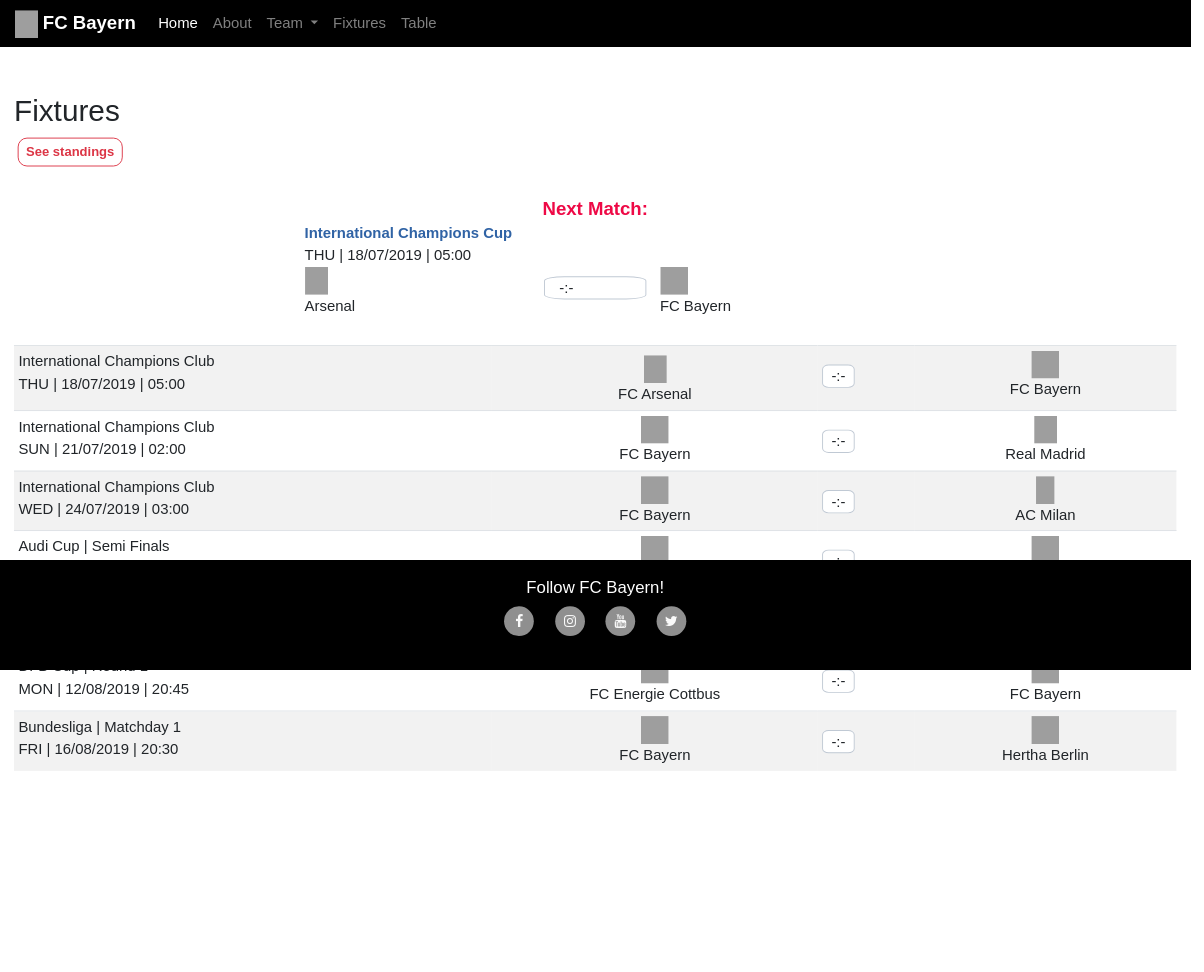
Repository: Code-Institute-Submissions/alnibo-milestone-project-1
Page: fixtures.html
The author's editor kept a record of every edit. The page is drawn from the files as they stood at one moment, then again after the next edit.
The browser window is 1280 px wide. The page is 1295 px wide, so the pictures cover 1295 px, including what lies to the right of the window. The pictures show the whole page, at 93% of full size.
Pictures or frames that could not be fetched are drawn as grey boxes. Some web fonts or font styles are not loaded; a fallback is used.

Above is the page before.

### fixtures.html
<!DOCTYPE html>
<html lang="en">

<head>
    <meta charset="UTF-8">
    <meta name="viewport" content="width=device-width, initial-scale=1.0">
    <link rel="stylesheet" href="https://stackpath.bootstrapcdn.com/bootstrap/4.3.1/css/bootstrap.min.css" type="text/css" />
    <link rel="stylesheet" href="https://stackpath.bootstrapcdn.com/font-awesome/4.7.0/css/font-awesome.min.css" type="text/css" />
    <link rel="stylesheet" href="assets/css/style.css">
    <title>FC Bayern</title>
</head>

<body>

    <!---------------------------------------------------- Navbar -->
    <nav class="navbar navbar-expand-sm navbar-dark fixed-top">
        <a class="navbar-brand" href="index.html">
            <img src="https://upload.wikimedia.org/wikipedia/commons/thumb/1/1f/Logo_FC_Bayern_München_%282002–2017%29.svg/1024px-Logo_FC_Bayern_München_%282002–2017%29.svg.png" width="30" height="30" class="d-inline-block" class="d-inline-block align-center">FC Bayern
        </a>
        <button class="navbar-toggler" type="button" data-toggle="collapse" data-target="#navbarNavDropdown" aria-controls="navbarNavDropdown" aria-expanded="false" aria-label="Toggle navigation">
            <span class="navbar-toggler-icon"></span>
        </button>

        <div class="collapse navbar-collapse" id="navbarNavDropdown">
            <ul class="navbar-nav">
                <li class="nav-item active">
                    <a class="nav-link" href="index.html">Home <span class="sr-only">(current)</span></a>
                </li>
                <li class="nav-item">
                    <a class="nav-link" href="about.html">About</a>
                </li>
                <li class="nav-item dropdown">
                    <a class="nav-link dropdown-toggle" href=#" id="navbarDropdownMenuLink" data-toggle="dropdown" aria-haspopup="true" aria-expanded="false">Team
                    </a>
                    <div class="dropdown-menu" aria-labelledby="navbarDropdownMenuLink">
                        <a class="dropdown-item" href="team.html">All</a>
                        <a class="dropdown-item" href="#goalkeepers">Goalkeepers</a>
                        <a class="dropdown-item" href="#defenders">Defenders</a>
                        <a class="dropdown-item" href="#midfielders">Midfielders</a>
                        <a class="dropdown-item" href="#forwards">Forwards</a>
                        <a class="dropdown-item" href="#coaches">Coaches</a>
                    </div>
                </li>
                <li class="nav-item">
                    <a class="nav-link" href="fixtures.html">Fixtures</a>
                </li>
                <li class="nav-item">
                    <a class="nav-link" href="table.html">Table</a>
                </li>
            </ul>
        </div>
    </nav>


    <!---------------------------------------------------- Content -->

    <div class="container-fluid fixtures">
        <div class="row">
            <h2>Fixtures</h2>
        </div>
        <div class="row">
            <a class="btn btn-sm btn-outline-danger btn--team" href="table.html">See standings</a>
        </div>
    </div>

    <div class="row">
        <div class="container col-6 next-match-container">

            <div class="row next-match-head">
                <div class="col-12">Next Match:</div>
            </div>
            <div class="row tournament">
                <div class="col-12">International Champions Cup</div>
            </div>
            <div class="row">
                <div class="col-12">THU | 18/07/2019 | 05:00</div>
            </div>

            <div class="row">
                    <div class="home-team team-container col-5">
                        <img src="https://upload.wikimedia.org/wikipedia/de/thumb/3/32/FC_Arsenal_%28seit_2002%29.svg/1200px-FC_Arsenal_%28seit_2002%29.svg.png" width="25" height="30" class="d-inline-block" class="d-inline-block align-center"></br>
                        <span>Arsenal</span>
                    </div>
                    <div class="next-match-score col-2"><span>-:-</span></div>
                    <div class="away-team team-container col-5">
                        <img src="https://upload.wikimedia.org/wikipedia/commons/thumb/1/1f/Logo_FC_Bayern_München_%282002–2017%29.svg/1024px-Logo_FC_Bayern_München_%282002–2017%29.svg.png" width="30" height="30" class="d-inline-block" class="d-inline-block align-center"></br>
                        <span>FC Bayern</span>
                    </div>
            </div>
        </div>
    </div>

    <div class="container-fluid upcoming-fixtures">
        <div class="row bundesliga-table">

            <table class="table table-sm table-striped table-hover col-12 table-mobile">
                <tbody>
                    <tr>
                        <td>IC Club</br>18/07/2019 | 05:00</td>
                        <td class="table-entry-mobile home-column"><img src="https://upload.wikimedia.org/wikipedia/de/thumb/3/32/FC_Arsenal_%28seit_2002%29.svg/1200px-FC_Arsenal_%28seit_2002%29.svg.png" width="25" height="30" class="d-inline-block" class="d-inline-block align-center"></br>Arsenal</td>
                        <td><div class="match-score-odd"><span>-:-</span></div></td>
                        <td class="table-entry-mobile away-column"><img src="https://upload.wikimedia.org/wikipedia/commons/thumb/1/1f/Logo_FC_Bayern_München_%282002–2017%29.svg/1024px-Logo_FC_Bayern_München_%282002–2017%29.svg.png" width="30" height="30" class="d-inline-block" class="d-inline-block align-center"></br>Bayern</td>
                    </tr>
                    <tr>
                        <td>IC Club</br>21/07/2019 | 02:00</td>
                        <td class="table-entry-mobile home-column"><img src="https://upload.wikimedia.org/wikipedia/commons/thumb/1/1f/Logo_FC_Bayern_München_%282002–2017%29.svg/1024px-Logo_FC_Bayern_München_%282002–2017%29.svg.png" width="30" height="30" class="d-inline-block" class="d-inline-block align-center"></br>Bayern</td>
                        <td><div class="match-score-even"><span>-:-</span></div></td>
                        <td class="table-entry-mobile away-column"><img src="https://upload.wikimedia.org/wikipedia/de/thumb/3/3f/Real_Madrid_Logo.svg/2000px-Real_Madrid_Logo.svg.png" width="25" height="30" class="d-inline-block" class="d-inline-block align-center"></br>Madrid</td>
                    </tr>
                    <tr>
                        <td>IC Club</br>24/07/2019 | 03:00</td>
                        <td class="table-entry-mobile home-column"><img src="https://upload.wikimedia.org/wikipedia/commons/thumb/1/1f/Logo_FC_Bayern_München_%282002–2017%29.svg/1024px-Logo_FC_Bayern_München_%282002–2017%29.svg.png" width="30" height="30" class="d-inline-block" class="d-inline-block align-center"></br>Bayern</td>
                        <td><div class="match-score-odd"><span>-:-</span></div></td>
                        <td class="table-entry-mobile away-column"><img src="https://upload.wikimedia.org/wikipedia/de/thumb/9/9e/AC_Mailand_Logo.svg/1200px-AC_Mailand_Logo.svg.png" width="20" height="30" class="d-inline-block" class="d-inline-block align-center"></br>Milan</td>
                    </tr>
                    <tr>
                        <td>Audi Cup</br>24/07/2019 | 03:00</td>
                        <td class="table-entry-mobile home-column"><img src="https://upload.wikimedia.org/wikipedia/commons/thumb/1/1f/Logo_FC_Bayern_München_%282002–2017%29.svg/1024px-Logo_FC_Bayern_München_%282002–2017%29.svg.png" width="30" height="30" class="d-inline-block" class="d-inline-block align-center"></br>Bayern</td>
                        <td><div class="match-score-even"><span>-:-</span></div></td>
                        <td class="table-entry-mobile away-column"><img src="https://upload.wikimedia.org/wikipedia/de/thumb/e/e6/Fenerbahce_Spor_Kulubu.svg/1054px-Fenerbahce_Spor_Kulubu.svg.png" width="30" height="30" class="d-inline-block" class="d-inline-block align-center"></br>Fenerbahçe</td>
                    </tr>
                    <tr>
                        <td>SC Final</br>03/08/2019 | 20:30</td>
                        <td class="table-entry-mobile home-column"><img src="https://upload.wikimedia.org/wikipedia/commons/thumb/6/67/Borussia_Dortmund_logo.svg/2000px-Borussia_Dortmund_logo.svg.png" width="30" height="30" class="d-inline-block" class="d-inline-block align-center"></br>Dortmund</td>
                        <td><div class="match-score-odd"><span>-:-</span></div></td>
                        <td class="table-entry-mobile away-column"><img src="https://upload.wikimedia.org/wikipedia/commons/thumb/1/1f/Logo_FC_Bayern_München_%282002–2017%29.svg/1024px-Logo_FC_Bayern_München_%282002–2017%29.svg.png" width="30" height="30" class="d-inline-block" class="d-inline-block align-center"></br>Bayern</td>
                    </tr>
                    <tr>
                        <td>DFB Cup</br>12/08/2019 | 20:45</td>
                        <td class="table-entry-mobile home-column"><img src="https://upload.wikimedia.org/wikipedia/commons/thumb/5/55/Logo_Energie_Cottbus.svg/1200px-Logo_Energie_Cottbus.svg.png" width="30" height="30" class="d-inline-block" class="d-inline-block align-center"></br>Cottbus</td>
                        <td><div class="match-score-even"><span>-:-</span></div></td>
                        <td class="table-entry-mobile away-column"><img src="https://upload.wikimedia.org/wikipedia/commons/thumb/1/1f/Logo_FC_Bayern_München_%282002–2017%29.svg/1024px-Logo_FC_Bayern_München_%282002–2017%29.svg.png" width="30" height="30" class="d-inline-block" class="d-inline-block align-center"></br>Bayern</td>
                    </tr>
                    <tr>
                        <td>BL</br>16/08/2019 | 20:30</td>
                        <td class="table-entry-mobile home-column"><img src="https://upload.wikimedia.org/wikipedia/commons/thumb/1/1f/Logo_FC_Bayern_München_%282002–2017%29.svg/1024px-Logo_FC_Bayern_München_%282002–2017%29.svg.png" width="30" height="30" class="d-inline-block" class="d-inline-block align-center"></br>Bayern</td>
                        <td><div class="match-score-odd"><span>-:-</span></div></td>
                        <td class="table-entry-mobile away-column"><img src="https://upload.wikimedia.org/wikipedia/de/thumb/3/38/Hertha_BSC_Logo.svg/2000px-Hertha_BSC_Logo.svg.png" width="30" height="30" class="d-inline-block" class="d-inline-block align-center"></br>Berlin</td>
                    </tr>
                </tbody>
            </table>

<!---------------- table for desktop --------------------------------------------------------------------------------------------------------------------------------------->

            <table class="table table-sm table-striped table-hover col-12 table-desktop">
                <tbody>
                    <tr>
                        <td>International Champions Club</br>THU | 18/07/2019 | 05:00</td>
                        <td class="table-entry home-column"><img src="https://upload.wikimedia.org/wikipedia/de/thumb/3/32/FC_Arsenal_%28seit_2002%29.svg/1200px-FC_Arsenal_%28seit_2002%29.svg.png" width="25" height="30" class="d-inline-block" class="d-inline-block align-center"></br>FC Arsenal</td>
                        <td><div class="match-score-odd"><span>-:-</span></div></td>
                        <td class="table-entry-desktop away-column"><img src="https://upload.wikimedia.org/wikipedia/commons/thumb/1/1f/Logo_FC_Bayern_München_%282002–2017%29.svg/1024px-Logo_FC_Bayern_München_%282002–2017%29.svg.png" width="30" height="30" class="d-inline-block" class="d-inline-block align-center"></br>FC Bayern</td>
                    </tr>
                    <tr>
                        <td>International Champions Club</br>SUN | 21/07/2019 | 02:00</td>
                        <td class="table-entry-desktop home-column"><img src="https://upload.wikimedia.org/wikipedia/commons/thumb/1/1f/Logo_FC_Bayern_München_%282002–2017%29.svg/1024px-Logo_FC_Bayern_München_%282002–2017%29.svg.png" width="30" height="30" class="d-inline-block" class="d-inline-block align-center"></br>FC Bayern</td>
                        <td><div class="match-score-even"><span>-:-</span></div></td>
                        <td class="table-entry-desktop away-column"><img src="https://upload.wikimedia.org/wikipedia/de/thumb/3/3f/Real_Madrid_Logo.svg/2000px-Real_Madrid_Logo.svg.png" width="25" height="30" class="d-inline-block" class="d-inline-block align-center"></br>Real Madrid</td>
                    </tr>
                    <tr>
                        <td>International Champions Club</br>WED | 24/07/2019 | 03:00</td>
                        <td class="table-entry-desktop home-column"><img src="https://upload.wikimedia.org/wikipedia/commons/thumb/1/1f/Logo_FC_Bayern_München_%282002–2017%29.svg/1024px-Logo_FC_Bayern_München_%282002–2017%29.svg.png" width="30" height="30" class="d-inline-block" class="d-inline-block align-center"></br>FC Bayern</td>
                        <td><div class="match-score-odd"><span>-:-</span></div></td>
                        <td class="table-entry-desktop away-column"><img src="https://upload.wikimedia.org/wikipedia/de/thumb/9/9e/AC_Mailand_Logo.svg/1200px-AC_Mailand_Logo.svg.png" width="20" height="30" class="d-inline-block" class="d-inline-block align-center"></br>AC Milan</td>
                    </tr>
                    <tr>
                        <td>Audi Cup | Semi Finals</br>TUE | 24/07/2019 | 03:00</td>
                        <td class="table-entry-desktop home-column"><img src="https://upload.wikimedia.org/wikipedia/commons/thumb/1/1f/Logo_FC_Bayern_München_%282002–2017%29.svg/1024px-Logo_FC_Bayern_München_%282002–2017%29.svg.png" width="30" height="30" class="d-inline-block" class="d-inline-block align-center"></br>FC Bayern</td>
                        <td><div class="match-score-even"><span>-:-</span></div></td>
                        <td class="table-entry-desktop away-column"><img src="https://upload.wikimedia.org/wikipedia/de/thumb/e/e6/Fenerbahce_Spor_Kulubu.svg/1054px-Fenerbahce_Spor_Kulubu.svg.png" width="30" height="30" class="d-inline-block" class="d-inline-block align-center"></br>Fenerbahçe SK</td>
                    </tr>
                    <tr>
                        <td>Supercup Final</br>SAT | 03/08/2019 | 20:30</td>
                        <td class="table-entry-desktop home-column"><img src="https://upload.wikimedia.org/wikipedia/commons/thumb/6/67/Borussia_Dortmund_logo.svg/2000px-Borussia_Dortmund_logo.svg.png" width="30" height="30" class="d-inline-block" class="d-inline-block align-center"></br>Borussia Dortmund</td>
                        <td><div class="match-score-odd"><span>-:-</span></div></td>
                        <td class="table-entry-desktop away-column"><img src="https://upload.wikimedia.org/wikipedia/commons/thumb/1/1f/Logo_FC_Bayern_München_%282002–2017%29.svg/1024px-Logo_FC_Bayern_München_%282002–2017%29.svg.png" width="30" height="30" class="d-inline-block" class="d-inline-block align-center"></br>FC Bayern</td>
                    </tr>
                    <tr>
                        <td>DFB Cup | Round 1</br>MON | 12/08/2019 | 20:45</td>
                        <td class="table-entry-desktop home-column"><img src="https://upload.wikimedia.org/wikipedia/commons/thumb/5/55/Logo_Energie_Cottbus.svg/1200px-Logo_Energie_Cottbus.svg.png" width="30" height="30" class="d-inline-block" class="d-inline-block align-center"></br>FC Energie Cottbus</td>
                        <td><div class="match-score-even"><span>-:-</span></div></td>
                        <td class="table-entry-desktop away-column"><img src="https://upload.wikimedia.org/wikipedia/commons/thumb/1/1f/Logo_FC_Bayern_München_%282002–2017%29.svg/1024px-Logo_FC_Bayern_München_%282002–2017%29.svg.png" width="30" height="30" class="d-inline-block" class="d-inline-block align-center"></br>FC Bayern</td>
                    </tr>
                    <tr>
                        <td>Bundesliga | Matchday 1</br>FRI | 16/08/2019 | 20:30</td>
                        <td class="table-entry-desktop home-column"><img src="https://upload.wikimedia.org/wikipedia/commons/thumb/1/1f/Logo_FC_Bayern_München_%282002–2017%29.svg/1024px-Logo_FC_Bayern_München_%282002–2017%29.svg.png" width="30" height="30" class="d-inline-block" class="d-inline-block align-center"></br>FC Bayern</td>
                        <td><div class="match-score-odd"><span>-:-</span></div></td>
                        <td class="table-entry-desktop away-column"><img src="https://upload.wikimedia.org/wikipedia/de/thumb/3/38/Hertha_BSC_Logo.svg/2000px-Hertha_BSC_Logo.svg.png" width="30" height="30" class="d-inline-block" class="d-inline-block align-center"></br>Hertha Berlin</td>
                    </tr>
                </tbody>
            </table>


        </div>
    </div>




    <div class="container-fluid spaceholder">

    </div>



    <!---------------------------------------------------- Footer -->

    <footer class="container-fluid fixed-bottom">
        <div class="footer-details row">
            <div class="col-sm-12">
                <h5 class="social">Follow FC Bayern!</h5>
                <ul class="list-inline social-links">
                    <li class="list-inline-item">
                        <a target="_blank" href="https://www.facebook.com/fcbayern.en/">
                            <i class="fa fa-facebook" aria-hidden="true"></i>
                            <span class="sr-only">Facebook</span>
                        </a>
                    </li>
                    <li class="list-inline-item">
                        <a target="_blank" href="https://www.instagram.com/fcbayern/?hl">
                            <i class="fa fa-instagram" aria-hidden="true"></i>
                            <span class="sr-only">Instagram</span>
                        </a>
                    </li>
                    <li class="list-inline-item">
                        <a target="_blank" href="https://www.youtube.com/user/fcbayern">
                            <i class="fa fa-youtube" aria-hidden="true"></i>
                            <span class="sr-only">YouTube</span>
                        </a>
                    </li>
                    <li class="list-inline-item">
                        <a target="_blank" href="https://twitter.com/FCBayern">
                            <i class="fa fa-twitter" aria-hidden="true"></i>
                            <span class="sr-only">Twitter</span>
                        </a>
                    </li>
                </ul>
            </div>
        </div>
    </footer>

    <script src="https://code.jquery.com/jquery-3.3.1.slim.min.js" integrity="sha384-q8i/X+965DzO0rT7abK41JStQIAqVgRVzpbzo5smXKp4YfRvH+8abtTE1Pi6jizo" crossorigin="anonymous"></script>
    <script src="https://stackpath.bootstrapcdn.com/bootstrap/4.1.3/js/bootstrap.min.js" integrity="sha384-ChfqqxuZUCnJSK3+MXmPNIyE6ZbWh2IMqE241rYiqJxyMiZ6OW/JmZQ5stwEULTy" crossorigin="anonymous"></script>
</body>

</html>

Loaded but not shown: assets/css/style.css (440 lines, source omitted)

After the next edit:
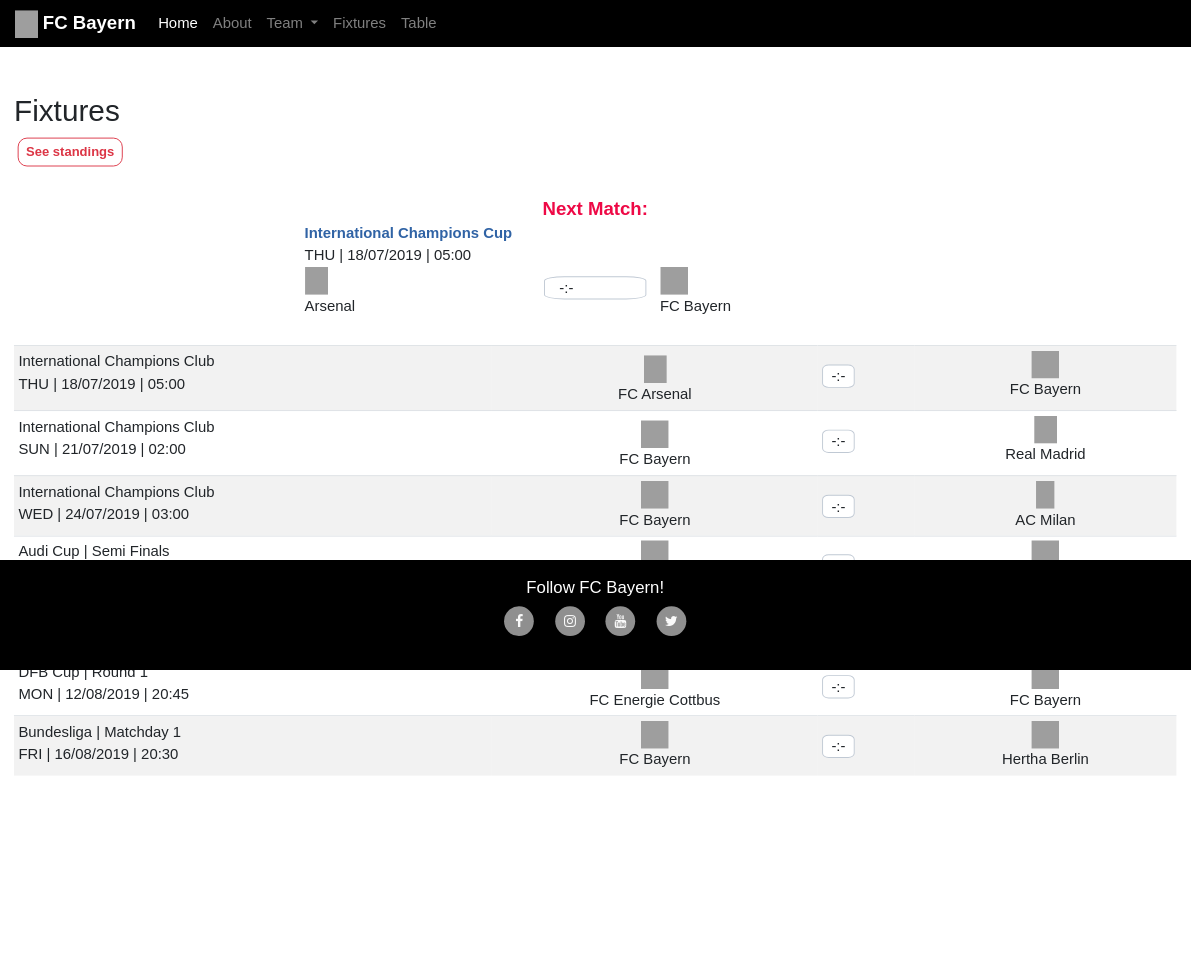
The edit:
--- a/fixtures.html
+++ b/fixtures.html
@@ -152,7 +152,7 @@
                     </tr>
                     <tr>
                         <td>International Champions Club</br>SUN | 21/07/2019 | 02:00</td>
-                        <td class="table-entry-desktop home-column"><img src="https://upload.wikimedia.org/wikipedia/commons/thumb/1/1f/Logo_FC_Bayern_München_%282002–2017%29.svg/1024px-Logo_FC_Bayern_München_%282002–2017%29.svg.png" width="30" height="30" class="d-inline-block" class="d-inline-block align-center"></br>FC Bayern</td>
+                        <td class="table-entry home-column"><img src="https://upload.wikimedia.org/wikipedia/commons/thumb/1/1f/Logo_FC_Bayern_München_%282002–2017%29.svg/1024px-Logo_FC_Bayern_München_%282002–2017%29.svg.png" width="30" height="30" class="d-inline-block" class="d-inline-block align-center"></br>FC Bayern</td>
                         <td><div class="match-score-even"><span>-:-</span></div></td>
                         <td class="table-entry-desktop away-column"><img src="https://upload.wikimedia.org/wikipedia/de/thumb/3/3f/Real_Madrid_Logo.svg/2000px-Real_Madrid_Logo.svg.png" width="25" height="30" class="d-inline-block" class="d-inline-block align-center"></br>Real Madrid</td>
                     </tr>
